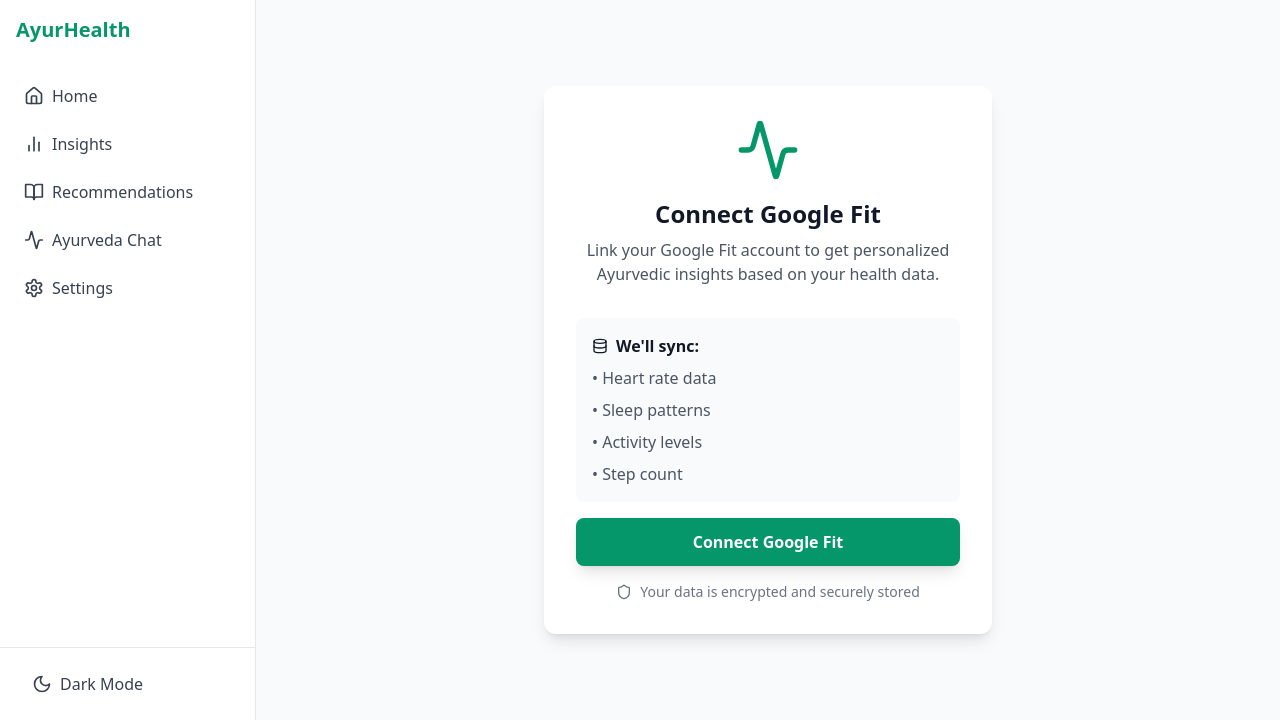
Repository: HridayAgg/AyurHealth
Page: /connect-google-fit
These files come from the project's save history. The page is drawn as it stood at one moment and after the next save; the edit follows.
The browser window is 1280 px wide. The pictures show the whole page.
Some web fonts or font styles are not loaded; a fallback is used. The project was rebuilt for these pictures with package versions that can differ from the ones it lists, and the page was loaded fresh each time. Also part of the build but not shown: vite.config.ts, src/pages/Home.tsx, src/pages/Settings.tsx, src/pages/Recommendations.tsx, src/pages/ArticleDetail.tsx, src/pages/Chat.tsx, src/pages/Insights.tsx.

Above is the page before, as saved 2025-03-16 04:42:08.

After the next save:
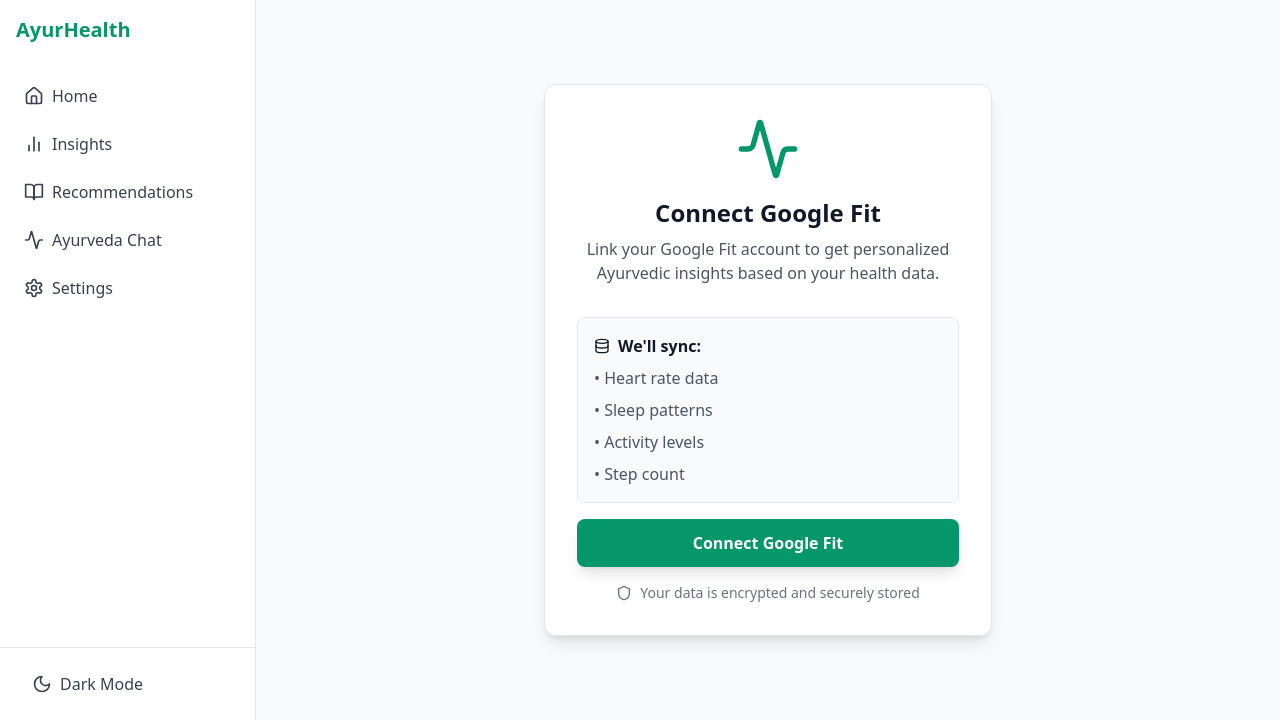
Saved 36 s later.
--- a/src/pages/GoogleFitAuth.tsx
+++ b/src/pages/GoogleFitAuth.tsx
@@ -1,4 +1,4 @@
-import React, { useState, useEffect } from 'react';
+import React, { useState } from 'react';
 import { useNavigate } from 'react-router-dom';
 import { Activity, CheckCircle, XCircle, Loader2, Shield, Database } from 'lucide-react';
 import { Button } from '../components/Button';
@@ -48,8 +48,8 @@
   };
 
   return (
-    <div className="min-h-screen bg-gray-50 dark:bg-gray-900 flex items-center justify-center">
-      <div className="bg-white dark:bg-gray-800 p-8 rounded-xl shadow-lg max-w-md w-full">
+    <div className="min-h-screen bg-gray-50 dark:bg-black flex items-center justify-center">
+      <div className="bg-white dark:bg-black border border-gray-200 dark:border-gray-800 p-8 rounded-xl shadow-lg max-w-md w-full">
         <div className="text-center mb-8">
           <div className="flex justify-center mb-4">
             <Activity className="h-16 w-16 text-emerald-600" />
@@ -62,7 +62,7 @@
 
         <div className="space-y-4">
           {/* Data sync information */}
-          <div className="bg-gray-50 dark:bg-gray-700 p-4 rounded-lg">
+          <div className="bg-gray-50 dark:bg-gray-900 p-4 rounded-lg border border-gray-200 dark:border-gray-800">
             <h3 className="font-semibold mb-2 text-gray-900 dark:text-white flex items-center gap-2">
               <Database className="h-4 w-4" />
               We'll sync:
@@ -81,12 +81,12 @@
               {CONNECTION_STEPS.map((step, index) => (
                 <div
                   key={step.id}
-                  className={`flex items-center gap-3 p-3 rounded-lg ${
+                  className={`flex items-center gap-3 p-3 rounded-lg border ${
                     index === currentStep
-                      ? 'bg-blue-50 dark:bg-blue-900/20 text-blue-600 dark:text-blue-400'
+                      ? 'bg-blue-50 dark:bg-blue-900/20 text-blue-600 dark:text-blue-400 border-blue-200 dark:border-blue-800'
                       : index < currentStep
-                      ? 'bg-green-50 dark:bg-green-900/20 text-green-600 dark:text-green-400'
-                      : 'bg-gray-50 dark:bg-gray-700 text-gray-400 dark:text-gray-500'
+                      ? 'bg-green-50 dark:bg-green-900/20 text-green-600 dark:text-green-400 border-green-200 dark:border-green-800'
+                      : 'bg-gray-50 dark:bg-gray-900 text-gray-400 dark:text-gray-500 border-gray-200 dark:border-gray-800'
                   }`}
                 >
                   {index === currentStep ? (
@@ -104,7 +104,7 @@
 
           {/* Success message */}
           {connectionStatus === 'success' && (
-            <div className="flex items-center gap-2 text-green-600 bg-green-50 dark:bg-green-900/20 p-4 rounded-lg">
+            <div className="flex items-center gap-2 text-green-600 bg-green-50 dark:bg-green-900/20 p-4 rounded-lg border border-green-200 dark:border-green-800">
               <CheckCircle className="h-5 w-5" />
               <span className="dark:text-green-400">Successfully connected to Google Fit!</span>
             </div>
@@ -112,7 +112,7 @@
 
           {/* Error message */}
           {connectionStatus === 'error' && (
-            <div className="flex items-center gap-2 text-red-600 bg-red-50 dark:bg-red-900/20 p-4 rounded-lg">
+            <div className="flex items-center gap-2 text-red-600 bg-red-50 dark:bg-red-900/20 p-4 rounded-lg border border-red-200 dark:border-red-800">
               <XCircle className="h-5 w-5" />
               <span className="dark:text-red-400">{errorMessage}</span>
             </div>
